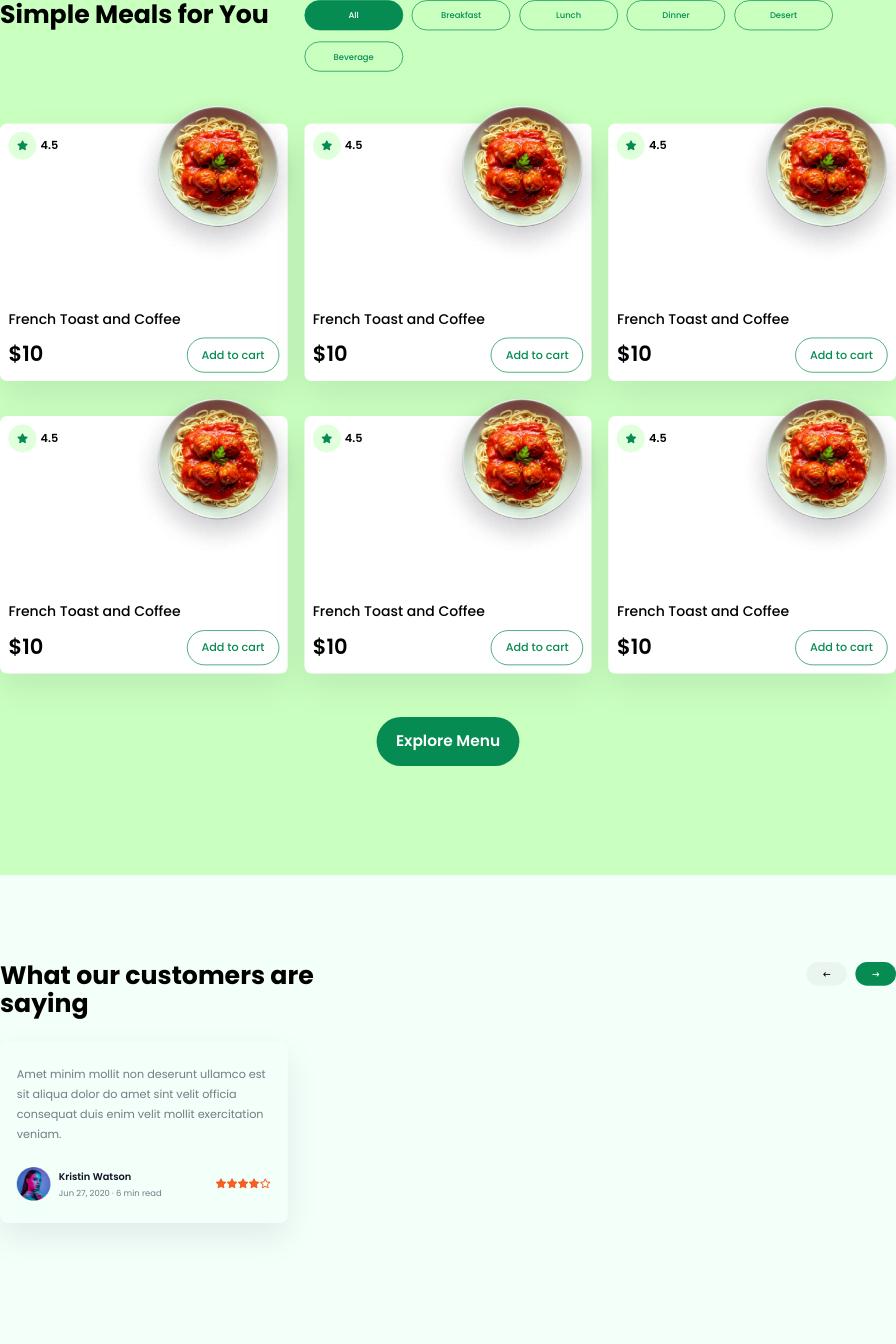
Repository: nguyennam1029/balbal
Page: index.html
These files come from the project's save history. The page is drawn as it stood at one moment and after the next save; the edit follows.
The browser window is 1280 px wide. The pictures show the part of the page from y = 1225 to 3145 px (the page is 3145 px tall), at 70% of full size.
Some web libraries are served in a nearby version.

Above is the page before, as saved 2022-07-06 18:47:46.

After the next save:
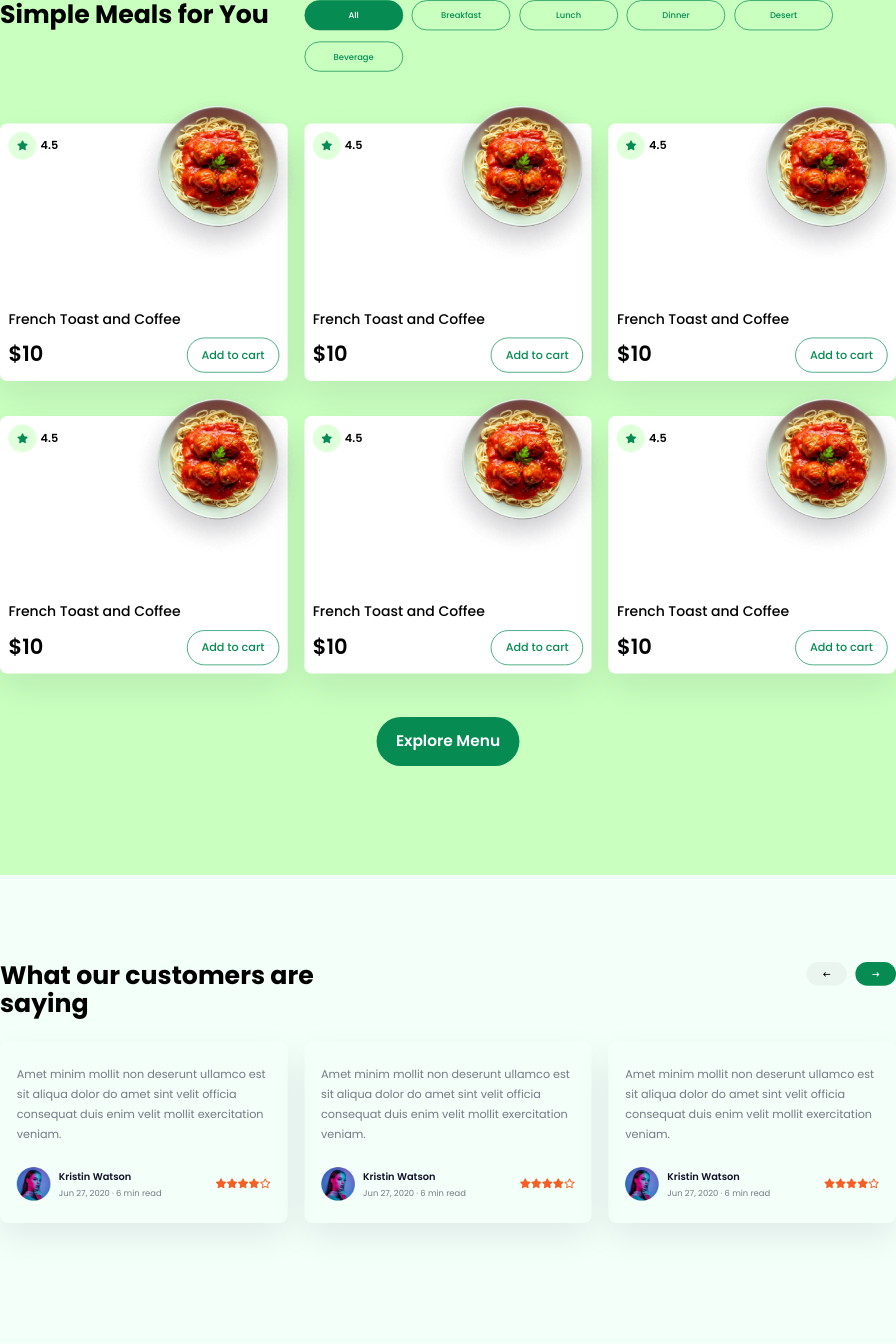
Saved 33 s later.
--- a/index.html
+++ b/index.html
@@ -280,6 +280,7 @@
             </div>
             <div class="comment-content">
               <div class="row">
+                <!-- START-ITEM  -->
                   <div class="col l-4">
                     <div class="comment-item">
                       <span class="comment-title">
@@ -307,6 +308,67 @@
                       </div>
                     </div>
                   </div>
+                <!-- END-ITEM  -->
+
+                <!-- START-ITEM  -->
+                  <div class="col l-4">
+                    <div class="comment-item">
+                      <span class="comment-title">
+                        Amet minim mollit non deserunt ullamco est sit aliqua dolor do amet sint velit officia consequat duis enim velit mollit exercitation veniam.
+                      </span>
+                      <div class="comment-info">
+                        <div class="info-left">
+                          <img src="images/cmt1.png" alt="">
+                          <div class="info-left--des">
+                            <h4 class="info-left--name">Kristin Watson</h4>
+                            <span class="info-left--time">Jun 27, 2020 · 6 min read</span>
+                          </div>
+                        </div>
+
+                          <ul class="info-right--rating">
+                            <li class="info-right--icon"><i class="fa-solid fa-star"></i></li>
+                            <li class="info-right--icon"><i class="fa-solid fa-star"></i></li>
+                            <li class="info-right--icon"><i class="fa-solid fa-star"></i></li>
+                            <li class="info-right--icon"><i class="fa-solid fa-star"></i></li>
+                            <li class="info-right--icon">
+                              <i class="fa-regular fa-star"></i>
+                            </li>
+                          </ul>
+
+                      </div>
+                    </div>
+                  </div>
+                <!-- END-ITEM  -->
+
+                <!-- START-ITEM  -->
+                  <div class="col l-4">
+                    <div class="comment-item">
+                      <span class="comment-title">
+                        Amet minim mollit non deserunt ullamco est sit aliqua dolor do amet sint velit officia consequat duis enim velit mollit exercitation veniam.
+                      </span>
+                      <div class="comment-info">
+                        <div class="info-left">
+                          <img src="images/cmt1.png" alt="">
+                          <div class="info-left--des">
+                            <h4 class="info-left--name">Kristin Watson</h4>
+                            <span class="info-left--time">Jun 27, 2020 · 6 min read</span>
+                          </div>
+                        </div>
+
+                          <ul class="info-right--rating">
+                            <li class="info-right--icon"><i class="fa-solid fa-star"></i></li>
+                            <li class="info-right--icon"><i class="fa-solid fa-star"></i></li>
+                            <li class="info-right--icon"><i class="fa-solid fa-star"></i></li>
+                            <li class="info-right--icon"><i class="fa-solid fa-star"></i></li>
+                            <li class="info-right--icon">
+                              <i class="fa-regular fa-star"></i>
+                            </li>
+                          </ul>
+
+                      </div>
+                    </div>
+                  </div>
+                <!-- END-ITEM  -->
               </div>
             </div>
             </div>
